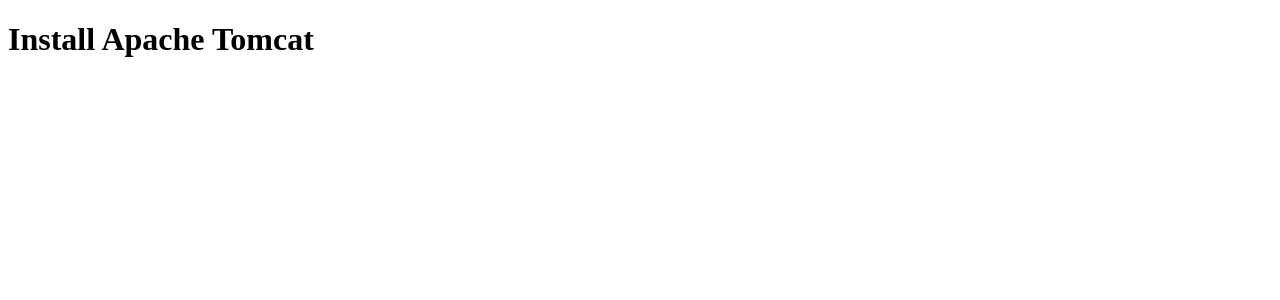
Repository: prathyushakochuru/SimpliLearnPhase2Assignments
Page: ServletsIntro/WebContent/index.html
The author's editor kept a copy of each file at every save. The page is drawn from the files as they stood at one save, then again after the next save.
The browser window is 1280 px wide. The pictures show the whole page.

Above is the page before, as saved 2021-03-13 15:52:13.

### ServletsIntro/WebContent/index.html
<!DOCTYPE html>
<html>
<head>
<meta charset="UTF-8">
<title>Servlet Introduction</title>
</head>
<body>
<h1>Install Apache Tomcat</h1>
</body>
</html>

After the next save:
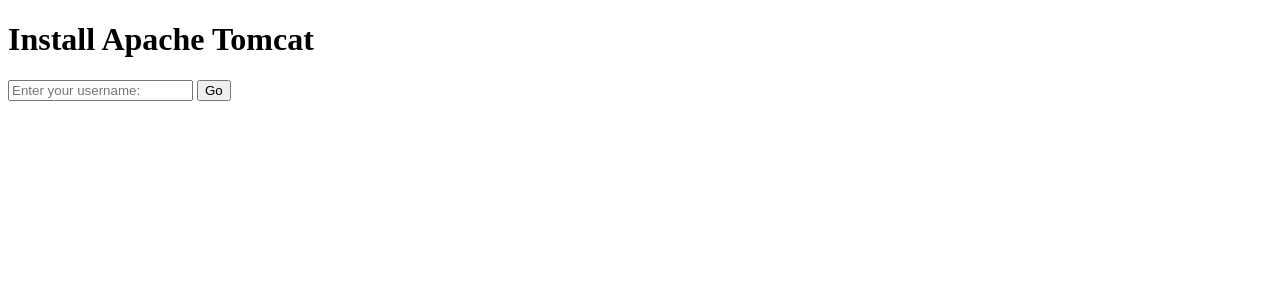
Saved 2 min 39 s later.
--- a/ServletsIntro/WebContent/index.html
+++ b/ServletsIntro/WebContent/index.html
@@ -6,5 +6,9 @@
 </head>
 <body>
 <h1>Install Apache Tomcat</h1>
+<form action="first" method="get">
+<input type="text" name="username" placeholder ="Enter your username:">
+<input type="submit" value = "Go">
+</form>
 </body>
 </html>
